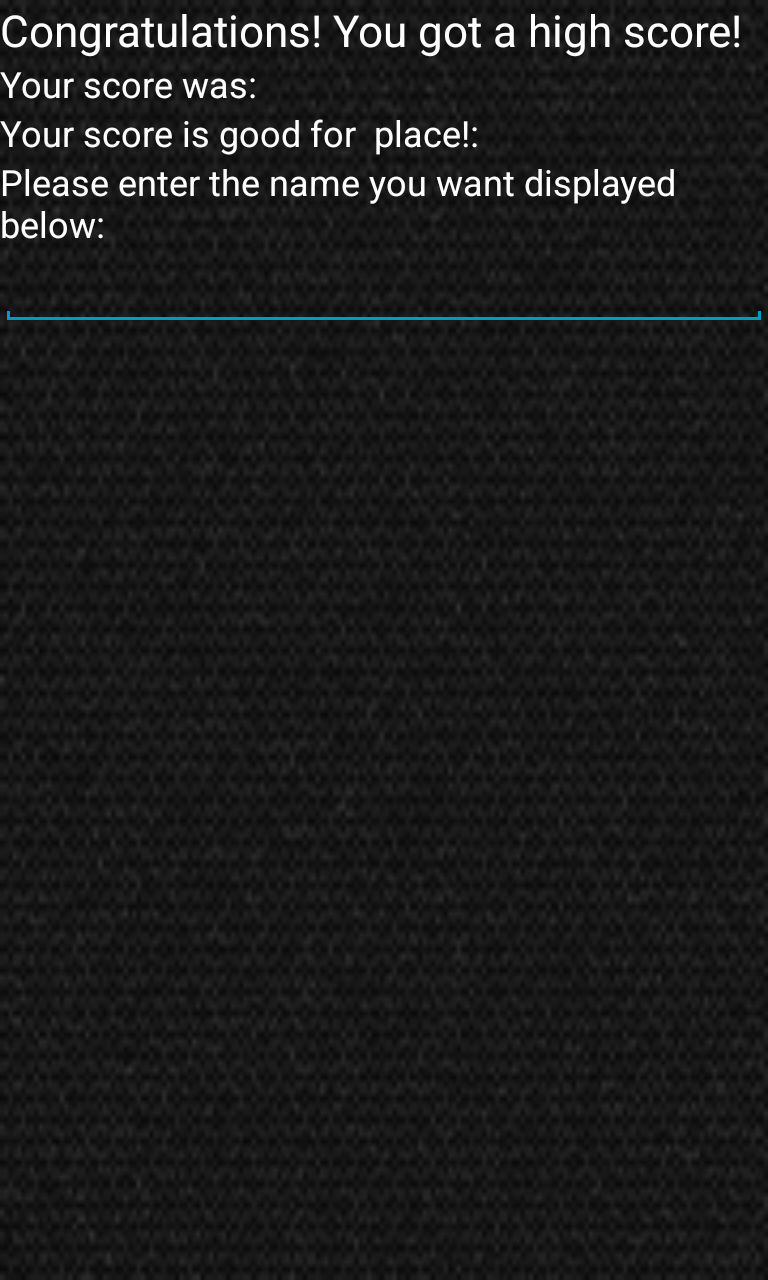
Repository: Tacohen/Killbots
Layout: Killbots/res/layout/add_score.xml
These files come from the project's save history. The layout is drawn as it stood at one moment and after the next save; the edit follows.
It is drawn on a 768 x 1280 px phone screen (xhdpi) without system bars, with theme AppTheme; the app's code is not run.

Above is the layout before, as saved 2013-12-08 20:00:34.

### Killbots/res/layout/add_score.xml
<?xml version="1.0" encoding="utf-8"?>
<ScrollView xmlns:android="http://schemas.android.com/apk/res/android"
    android:layout_width="fill_parent"
    android:layout_height="fill_parent"
    android:background="@drawable/binding_dark"
    >
	<LinearLayout
    	android:orientation="vertical"
    	android:layout_width="fill_parent"
    	android:layout_height="fill_parent"
        android:stretchColumns="1">

		<TextView
		    android:id="@+id/congratsText"
		    android:layout_width="wrap_content"
		    android:layout_height="wrap_content"
		    android:text="Congratulations! You got a high score!"
		    android:textColor="#FFFFFF"
		    android:textAppearance="?android:attr/textAppearanceLarge" />

		<TextView
		    android:id="@+id/scoreTextCongrats"
		    android:layout_width="wrap_content"
		    android:layout_height="wrap_content"
		    android:text="Your score was: "
		    android:textColor="#FFFFFF"
		    android:textAppearance="?android:attr/textAppearanceMedium" />
		<TextView
		    android:id="@+id/placeTextCongrats"
		    android:layout_width="wrap_content"
		    android:layout_height="wrap_content"
		    android:text="Your score is good for  place!: "
		    android:textColor="#FFFFFF"
		    android:textAppearance="?android:attr/textAppearanceMedium" />

		<TextView
		    android:id="@+id/editNameTextInstructions"
		    android:layout_width="wrap_content"
		    android:layout_height="wrap_content"
		    android:text="Please enter the name you want displayed below: "
		    android:textColor="#FFFFFF"
		    android:textAppearance="?android:attr/textAppearanceMedium" />

		<EditText
		    android:id="@+id/editName"
		    android:layout_width="match_parent"
		    android:layout_height="wrap_content"
		    android:ems="10" >

		    <requestFocus />
		</EditText>

	</LinearLayout>
</ScrollView>

Loaded but not shown: Killbots/res/values/styles.xml (common file); Killbots/res/values-v11/styles.xml (common file); Killbots/res/values-v14/styles.xml (common file)

After the next save:
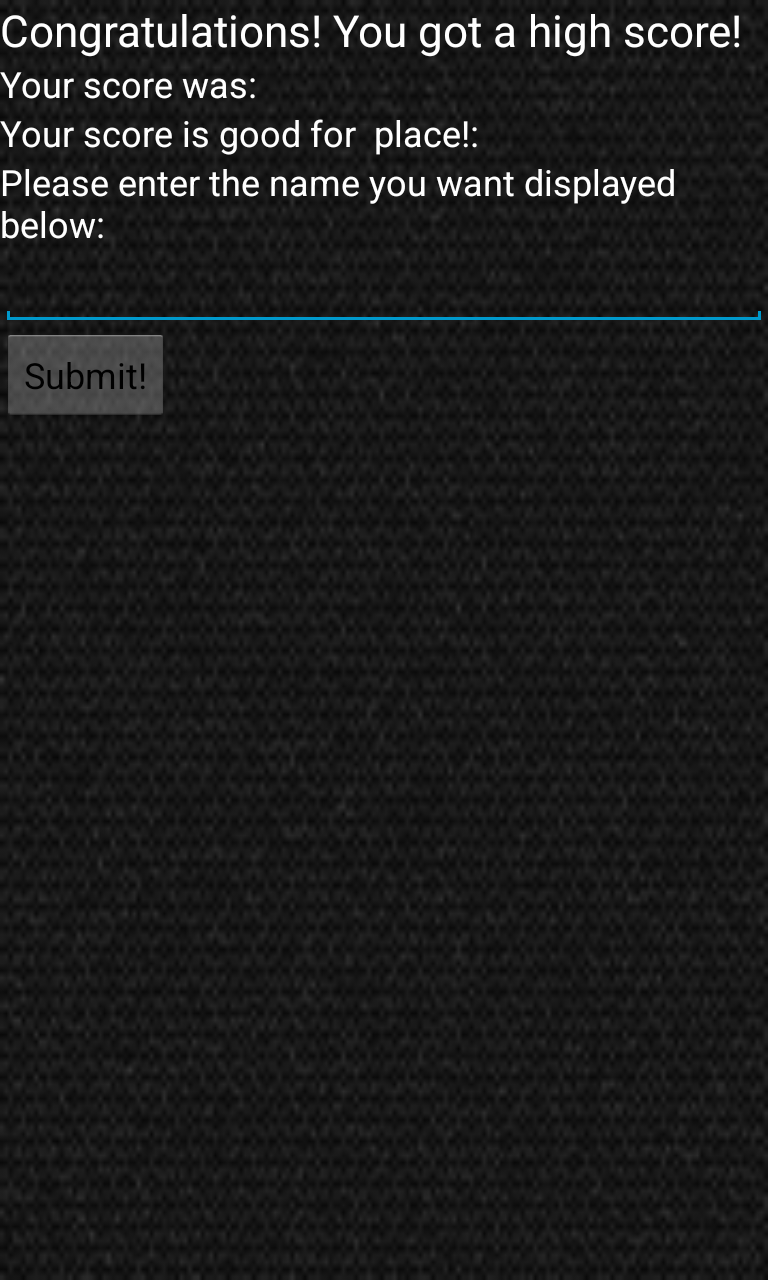
Saved 38 s later.
--- a/Killbots/res/layout/add_score.xml
+++ b/Killbots/res/layout/add_score.xml
@@ -50,5 +50,11 @@
 		    <requestFocus />
 		</EditText>
 
+		<Button
+		    android:id="@+id/enterNameButton"
+		    android:layout_width="wrap_content"
+		    android:layout_height="wrap_content"
+		    android:text="Submit!" />
+
 	</LinearLayout>
 </ScrollView>
